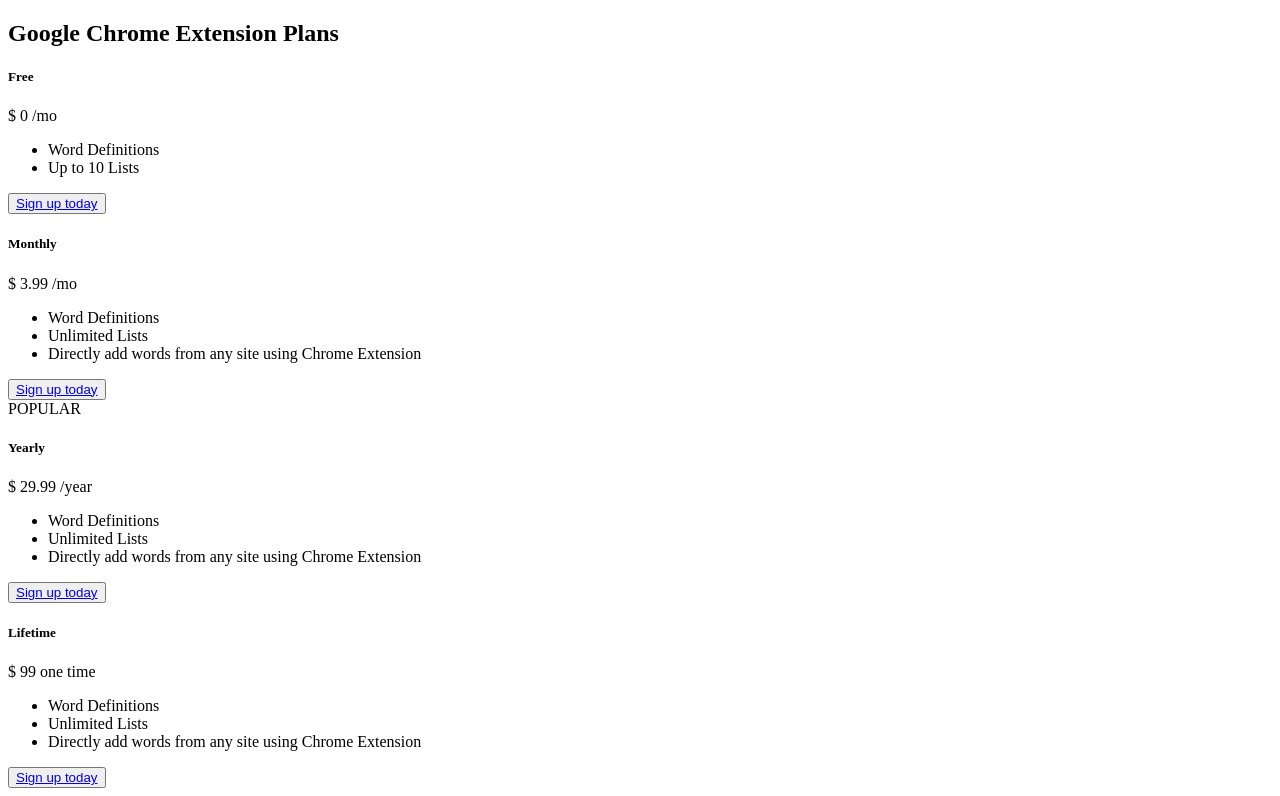
Repository: Novoselets28/chatos-test-task
Page: index.html
An editor plug-in stored every save of this project. The page is shown before and after the next save, followed by the edit.
The browser window is 1280 px wide. The pictures show the whole page.

Above is the page before, as saved 2023-04-18 23:23:58.

After the next save:
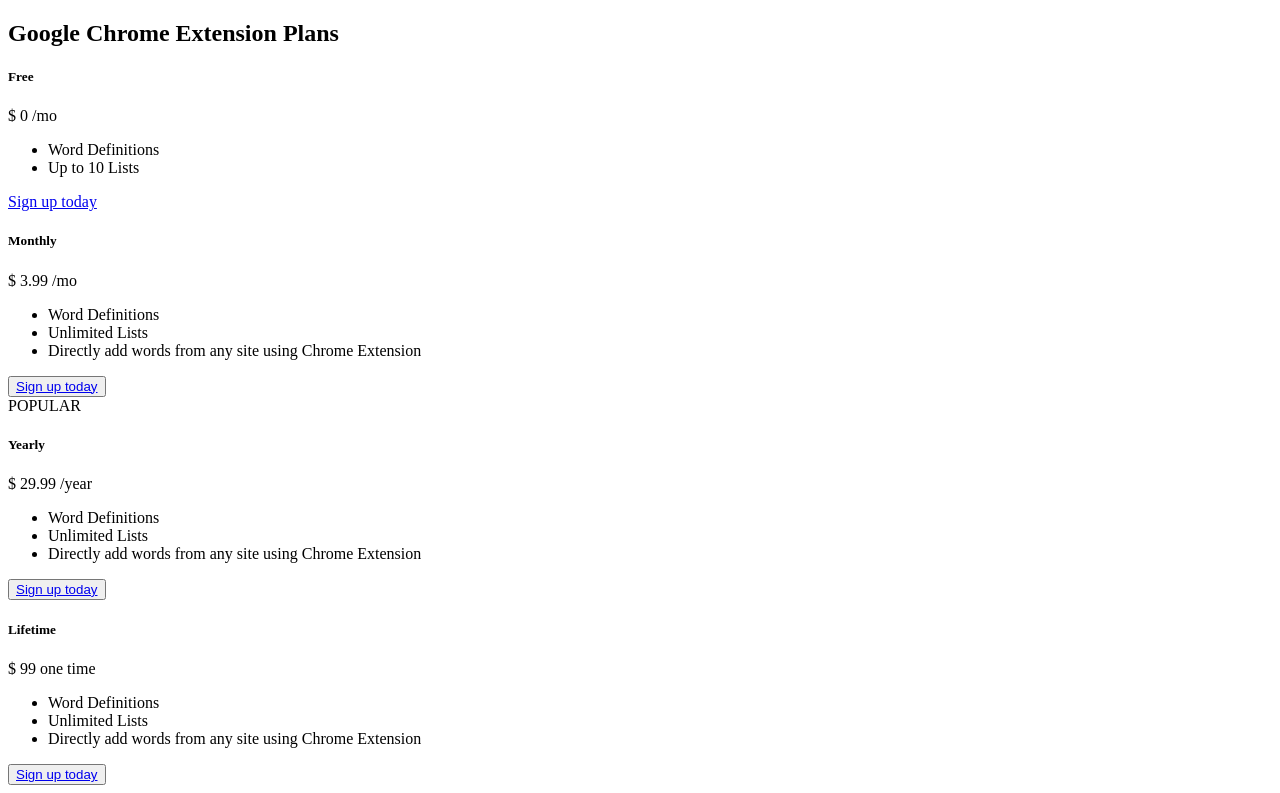
Saved 2 min 32 s later.
--- a/index.html
+++ b/index.html
@@ -38,11 +38,8 @@
                                         </li>
                                     </ul>
                                 </div>
+                                <a href="https://boostvocab.com/register" class="item-extension__button">Sign up today</a>
 
-
-                                <div class="d-grid mt-4">
-                                    <button class="btn btn-outline-primary"><a href="https://boostvocab.com/register">Sign up today</a></button>
-                                </div>
                     </div>
                     <!-- END : Modern pricing table - Free -->
                     <!-- Modern pricing table - MOnthly -->
